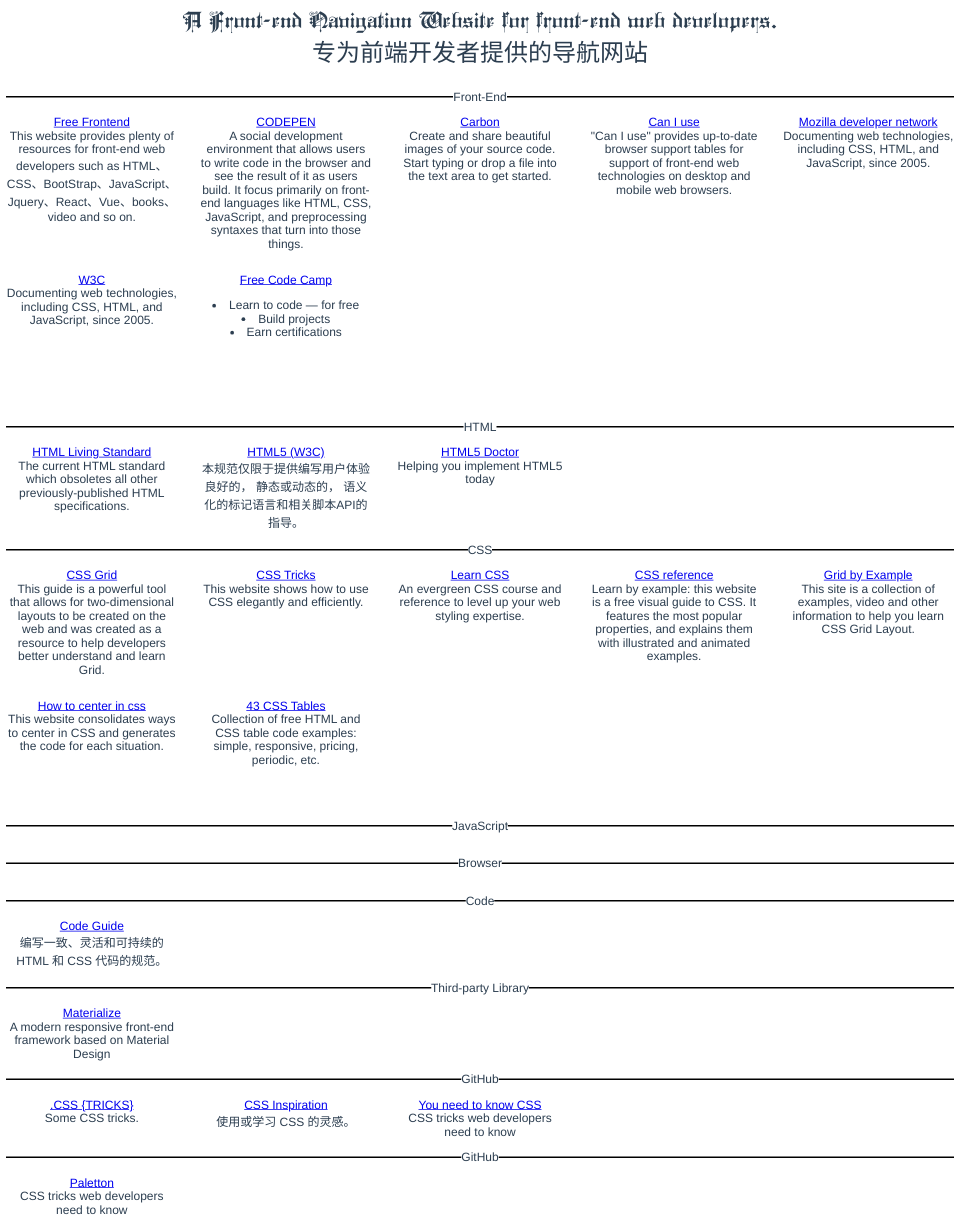
Repository: 321paranoiawhy/fenav.io
Page: /
The author's editor kept a copy of each file at every save. The page is drawn from the files as they stood at one save, then again after the next save.
The browser window is 1280 px wide. The pictures show the whole page, at 75% of full size.
The project was rebuilt for these pictures with package versions that can differ from the ones it lists, and the page was loaded fresh each time. Also part of the build but not shown: vue.config.js.

Above is the page before, as saved 2022-04-06 01:39:28.

After the next save:
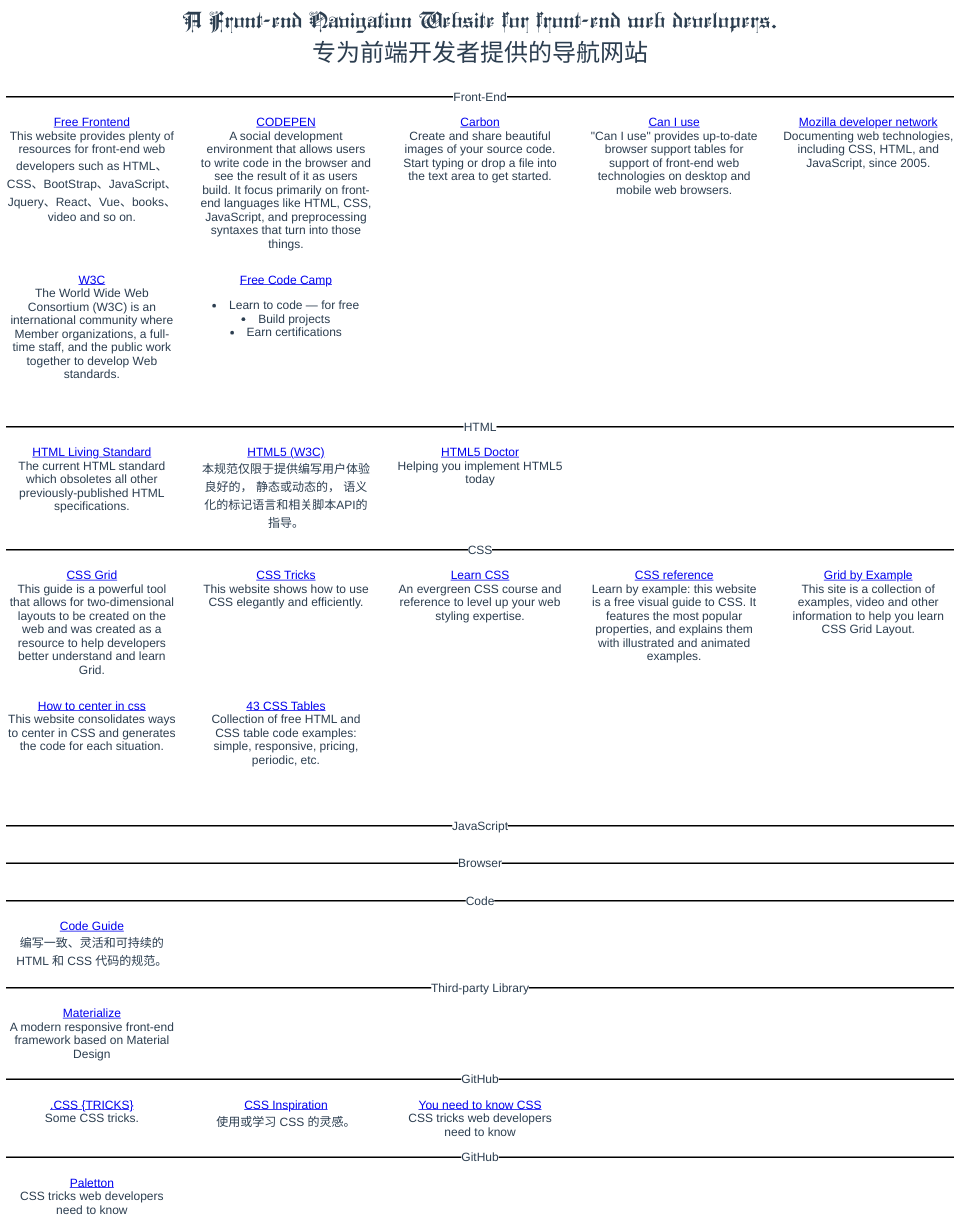
Saved 40 s later.
--- a/src/views/HomeView.vue
+++ b/src/views/HomeView.vue
@@ -48,7 +48,7 @@
         <div class="card">
             <a class="url" href="https://www.w3.org/">W3C</a>
             <div class="description">
-                Documenting web technologies, including CSS, HTML, and JavaScript, since 2005.
+                The World Wide Web Consortium (W3C) is an international community where Member organizations, a full-time staff, and the public work together to develop Web standards.
             </div>
         </div>
         <div class="card">
